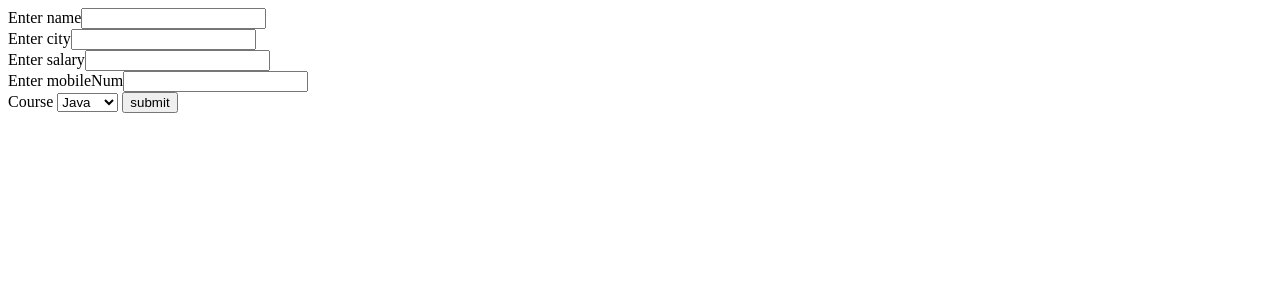
Repository: Kavya-C1/javafulltraning
Page: http://localhost/BasicJspDemo/
These files come from the project's save history. The page is drawn as it stood at one moment and after a run of saves; the edit follows.
The browser window is 1280 px wide. The pictures show the whole page.
The page is served by Tomcat 9.

Above is the page before, as saved 2024-03-13 07:03:17.

### Javademos/BasicJspDemo/src/main/webapp/index.jsp
<%@ page language="java" contentType="text/html; charset=ISO-8859-1"
    pageEncoding="ISO-8859-1"%>
<!DOCTYPE html>
<html>
<head>
<meta charset="ISO-8859-1">
<title>Insert title here</title>
</head>
<body>
<form action="register" method="post">
Enter name<input type="text" name="employeename"><br>
Enter city<input type="text" name="city"><br>
Enter salary<input type="number" name="salary"><br>
Enter mobileNum<input type="number" name="mobile"><br>

Course <select name="course">
<option value="Java">Java</option>
<option value="Spring">Spring</option>
<option value="Html">Html</option>
</select>



<input type="submit" value="submit">
</form>
</body>
</html>

After the next 2 saves:
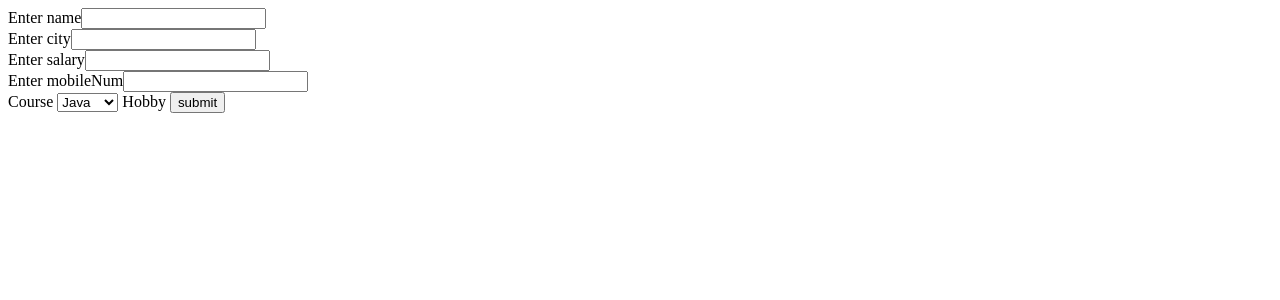
The 2 saves are shown as one change because they came seconds apart.
The last was saved 7 s later.
--- a/Javademos/BasicJspDemo/src/main/webapp/index.jsp
+++ b/Javademos/BasicJspDemo/src/main/webapp/index.jsp
@@ -19,7 +19,8 @@ Course <select name="course">
 <option value="Html">Html</option>
 </select>
 
-
+Hobby
+<input
 
 <input type="submit" value="submit">
 </form>
